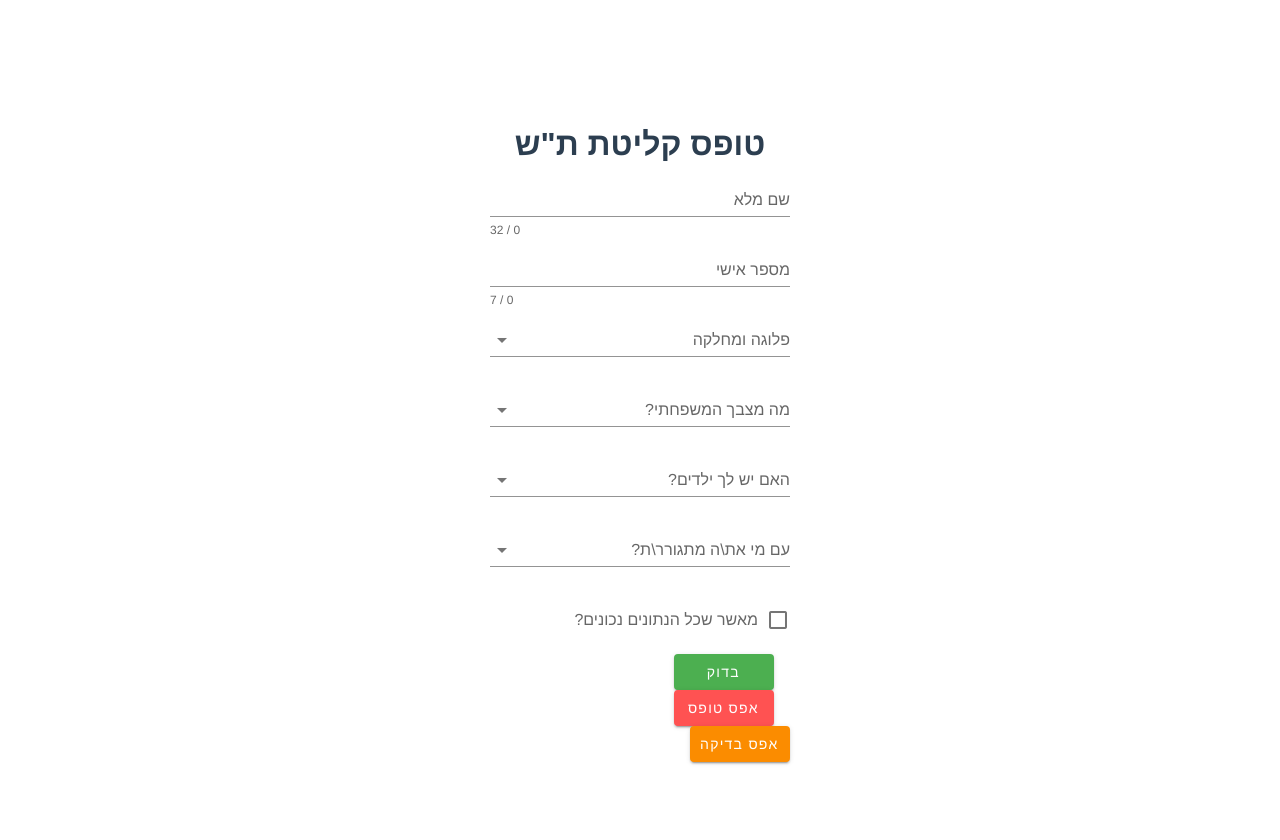
Repository: Natanhel/klitat-tash
Page: /
An editor plug-in stored every save of this project. The page is shown before and after the next save, followed by the edit.
The browser window is 1280 px wide. The pictures show the whole page.
The page's requests for data from a server got no answer. The project was rebuilt for these pictures with package versions that can differ from the ones it lists, and the page was loaded fresh each time. No one was signed in, and anything a server would have sent is missing. Also part of the build but not shown: vue.config.js.

Above is the page before, as saved 2020-12-01 17:10:53.

After the next save:
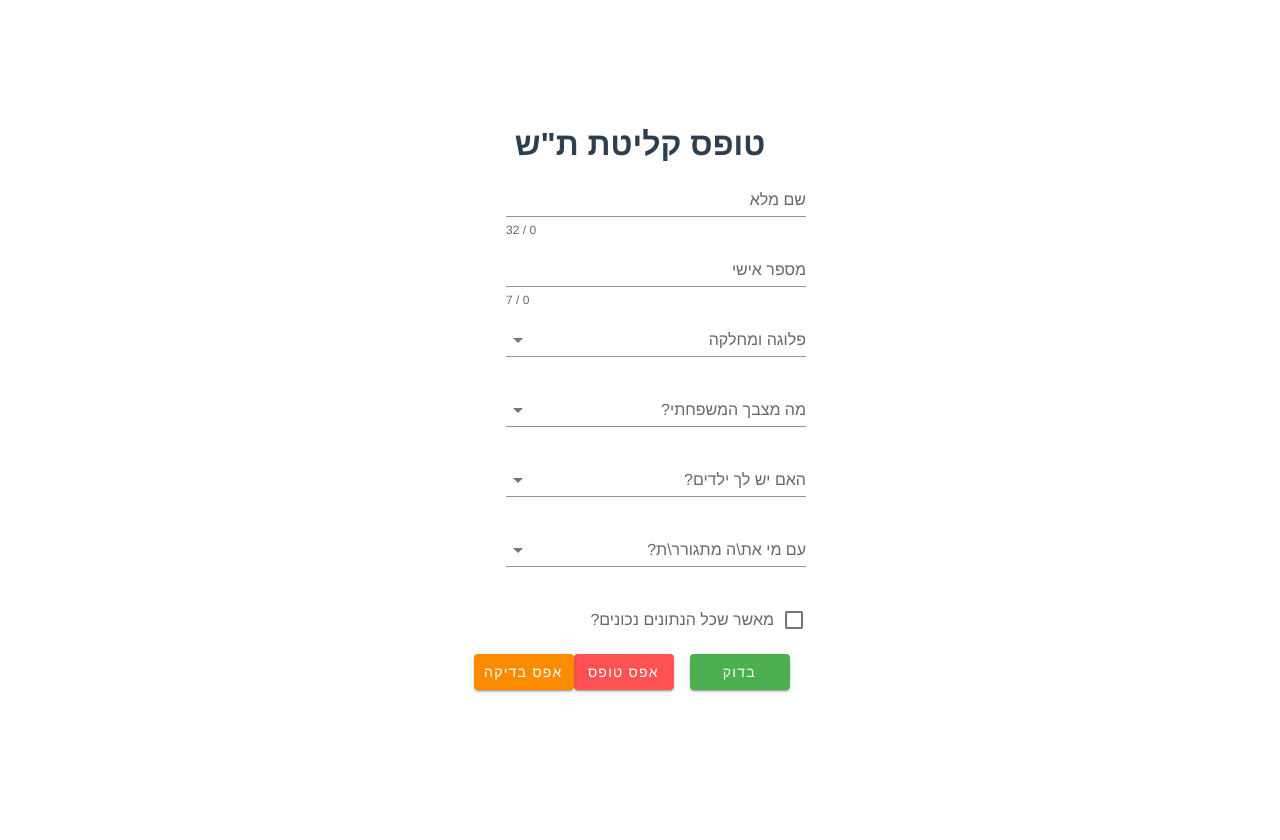
Saved 40 s later.
--- a/src/App.vue
+++ b/src/App.vue
@@ -65,7 +65,7 @@
         ></v-checkbox>
 
       </v-form>
-
+      <div class="btn-group">
         <v-btn
           :disabled="!valid"
           color="success"
@@ -89,6 +89,7 @@
         >
           אפס בדיקה
         </v-btn>
+      </div>
     </v-app>
   </div>
 </template>
